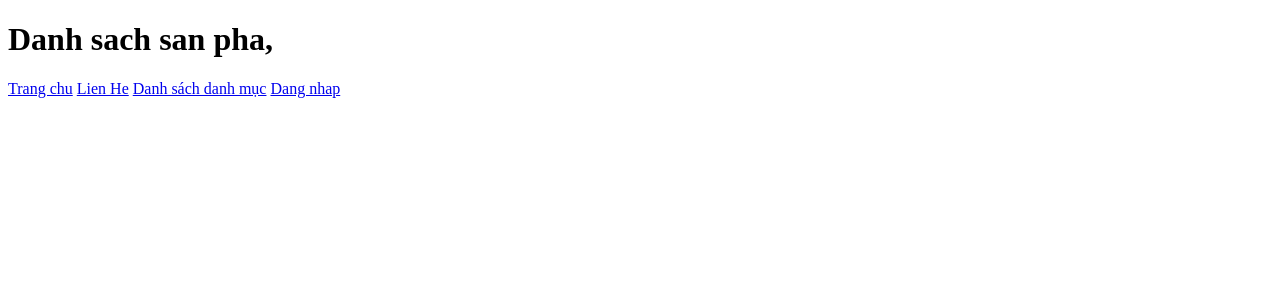
Repository: iamwind-dev/PHP
Page: http://localhost/tuan3/danhsachsanpham.php
An editor plug-in stored every save of this project. The page is shown before and after a run of saves, followed by the edit.
The browser window is 1280 px wide. The pictures show the whole page.
The page is run by PHP 8.4 with error messages shown; the project is at /var/www/html/. Queries for data that is not in the repository find no rows.

Above is the page before, as saved 2023-09-22 15:59:44.

### tuan3/danhsachsanpham.php
<!DOCTYPE html>
<html lang="en">

<head>
    <meta charset="UTF-8">
    <meta name="viewport" content="width=device-width, initial-scale=1.0">
    <title>Danh sách san pham</title>
</head>

<body>
    <h1>Danh sach san pha,</h1>
    <?php
    include("header.php");
    echo '<br>';
    $conn=mysqli_connect('localhost','root','060304','banhang');
    $sql = "SELECT * from sanpham where";
    $kq=mysqli_query($conn,$sql);
    while ($row=mysqli_fetch_array($kq)){
        echo $row['id'];
        echo $row['tendanhmuc'].'<br>';
        echo '<hr>';
    }
?>

</body>

</html>

### tuan3/header.php
<?php
session_start();
?>
<!DOCTYPE html>
<html lang="en">

<head>
    <meta charset="UTF-8">
    <meta name="viewport" content="width=device-width, initial-scale=1.0">
    <title>Document</title>
</head>

<body>
    <a href="Trangchu.php">Trang chu</a>
    <a href="TrangLienHe.php">Lien He</a>
    <a href="danhsachdanhmuc.php">Danh sách danh mục</a>
    <?php
    if(isset($_COOKIE['user'])){
        echo 'Xin chao ban ' . $_COOKIE['user'];
    } else {
        echo '<a href="dangnhap.php">Dang nhap</a>';
    }
    ?>
</body>

</html>

After the next 5 saves:
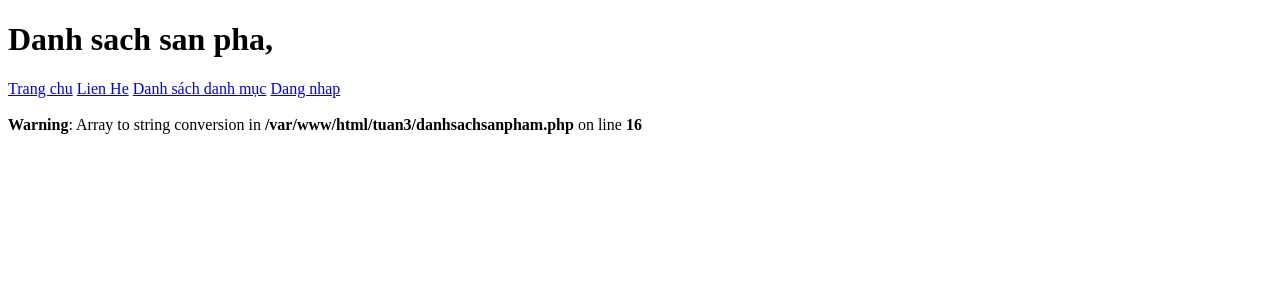
The 5 saves are shown as one change because they came seconds apart.
The last was saved 51 s later.
--- a/tuan3/danhsachsanpham.php
+++ b/tuan3/danhsachsanpham.php
@@ -13,7 +13,7 @@
     include("header.php");
     echo '<br>';
     $conn=mysqli_connect('localhost','root','060304','banhang');
-    $sql = "SELECT * from sanpham where";
+    $sql = "SELECT * from sanpham where iddm=$_GET";
     $kq=mysqli_query($conn,$sql);
     while ($row=mysqli_fetch_array($kq)){
         echo $row['id'];
